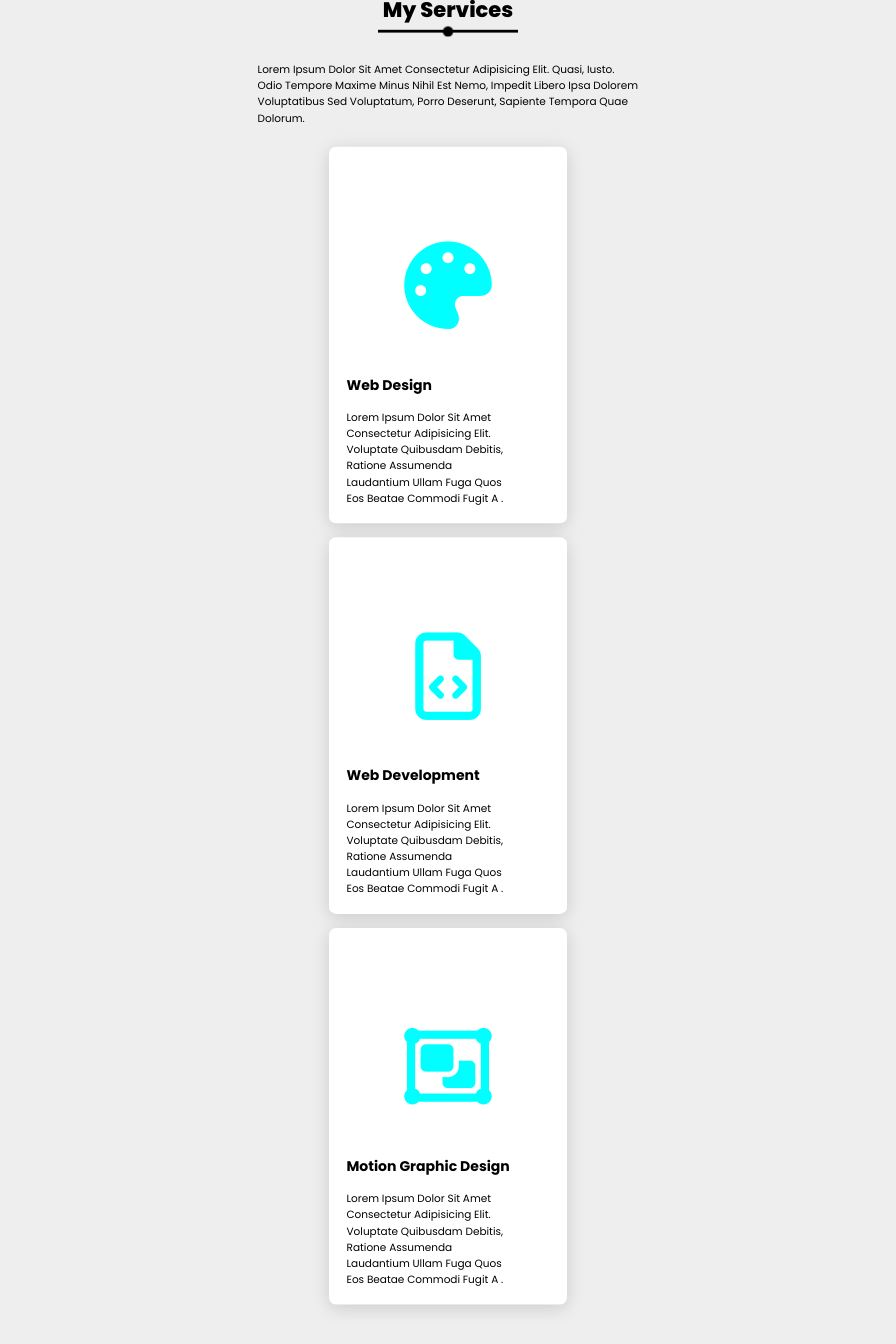
Repository: Pinocoding/New
Page: index.html
An editor plug-in stored every save of this project. The page is shown before and after the next save, followed by the edit.
The browser window is 1280 px wide. The pictures show the part of the page from y = 2552 to 4472 px (the page is 4475 px tall), at 70% of full size.
Backgrounds fixed to the window are drawn as part of the page.

Above is the page before, as saved 2021-10-13 23:24:38.

### index.html
<!DOCTYPE html>
<html lang="en">
<head>
  <meta charset="UTF-8">
  <meta http-equiv="X-UA-Compatible" content="IE=edge">
  <meta name="viewport" content="width=device-width, initial-scale=1.0">
  <title>Document</title>
  <link rel="stylesheet" href="style.css">
  <link rel="stylesheet" href="https://cdnjs.cloudflare.com/ajax/libs/font-awesome/6.0.0-beta2/css/all.min.css" integrity="sha512-YWzhKL2whUzgiheMoBFwW8CKV4qpHQAEuvilg9FAn5VJUDwKZZxkJNuGM4XkWuk94WCrrwslk8yWNGmY1EduTA==" crossorigin="anonymous" referrerpolicy="no-referrer" />


</head>
<body>
  <!-- header -->
  <header>
    <a href="#main" class="brand">Pino</a>
    <div class="navigation">
        <a href="#main">home</a>
        <a href="#about">About</a>
        <a href="#skills">Skills</a>
        <a href="#services">Services</a>
        <a href="#contact">Contact</a>
    </div>
  </header>
  <!--  -->
  <!-- section main  -->
  <section class="main">
    <div class="layout"></div>
    <div class="content">
    <h2>hello, I'm<br><span>Pino-code</span></h2>
    <div class="animated-text">
      <h3>FE developer</h3>
      <h3>Best Yasuo TT 7</h3>
      <h3>Best NoVo CS GO</h3>
    </div>
    <a href="#about" class="btn">see my work</a>
    <div class="media-icon">
      <a href="#"><i class="fab fa-facebook-square"></i></a>
      <a href="#"><i class="fab fa-instagram-square"></i></a>
      <a href="#"><i class="fab fa-twitter-square"></i></a>
      <a href="#"><i class="fab fa-youtube-square"></i></a>
    </div>
  </div>

  </section>
  <!--  -->
  <!-- section about -->
  <section class="about" id="about">
    <!-- title -->
    <div class="title">
      <h2 class="section-title">
        about me
      </h2>
    </div>
    <!--  -->
    <!-- content -->
    <div class="content">
      <div class="column col-left">
        <div class="img-card">
          <img src="/img/002.jpg" alt="">
        </div>
      </div>
      <div class="column col-right">
        <h2 class="content-title">Hey there! i'm pino-code</h2>
        <p>Lorem ipsum dolor sit amet, consectetur adipisicing elit. Necessitatibus ullam sequi nihil eum magni ut nesciunt architecto assumenda dignissimos velit. Impedit est quia deserunt, iusto eius nostrum tenetur illum cumque?
          Lorem ipsum dolor sit amet, consectetur adipisicing elit. Necessitatibus ullam sequi nihil eum magni ut nesciunt architecto assumenda dignissimos velit. Impedit est quia deserunt, iusto eius nostrum tenetur illum cumque?
          <br>
          <br>
          Lorem ipsum dolor sit amet, consectetur adipisicing elit. Necessitatibus ullam sequi nihil eum magni ut nesciunt architecto assumenda dignissimos velit. Impedit est quia deserunt, iusto eius nostrum tenetur illum cumque?
        </p>
        <a href="#about" class="btn">See more</a>
      </div>
    </div>
      <!--  -->


    </section>
    <!--  -->
    <!-- section skills -->
    <section class="skills" id="skills">
      <div class="title">
        <h2 class="section-title">
          my skills
        </h2>
      </div>
      <div class="content">
        <div class="column col-left">
          <h2 class="content-title">
            my skills and experiences</h2>
            <p>Lorem ipsum dolor sit amet, consectetur adipisicing elit. Ut amet doloremque ratione quam quos dolores nesciunt nam eaque esse cum obcaecati voluptas unde, magnam mollitia ducimus libero! Ducimus, fugiat recusandae.<br>
            Lorem ipsum dolor sit amet consectetur, adipisicing elit. Voluptas quia expedita omnis perspiciatis, similique voluptates doloribus error odio vitae voluptatem pariatur repellat reiciendis laudantium, autem minus ad placeat facere accusantium?</be></p>
            <a href="#" class="btn">see more</a>
        </div>

      <div class="column col-right">
        <div class="bar">
          <div class="infor">
            <span>html</span>
            <span>50%</span>
          </div>
          <div class="line html"></div>
        </div>
        <div class="bar">
          <div class="infor">
            <span>css</span>
            <span>70%</span>
          </div>
          <div class="line css"></div>
        </div>
        <div class="bar">
          <div class="infor">
            <span>javascript</span>
            <span>20%</span>
          </div>
          <div class="line javascript"></div>
        </div>
        <div class="bar">
          <div class="infor">
            <span>jquery</span>
            <span>20%</span>
          </div>
          <div class="line jquery"></div>
        </div>
      </div>

      </div>
    </section>
    <!--  -->
    <!-- section services -->
<section class="services" id="services">
  <div class="title">
    <h2 class="section-title">
      my services
    </h2>
    <p>Lorem ipsum dolor sit amet consectetur adipisicing elit. Quasi, iusto. Odio tempore maxime minus nihil est nemo, impedit libero ipsa dolorem voluptatibus sed voluptatum, porro deserunt, sapiente tempora quae dolorum.</p>

  <div class="content">
    <div class="card">
      <div class="service-icon">
        <i class='fas fa-palette'></i>
      </div>
      <div class="infor">
        <h3>web design</h3>
        <p>Lorem ipsum dolor sit amet consectetur adipisicing elit. Voluptate quibusdam debitis, ratione assumenda laudantium ullam fuga quos eos beatae commodi fugit a .</p>
      </div>

    </div>
    <div class="card">
      <div class="service-icon">
        <i class='far fa-file-code'></i>
      </div>
      <div class="infor">
        <h3>web development</h3>
        <p>Lorem ipsum dolor sit amet consectetur adipisicing elit. Voluptate quibusdam debitis, ratione assumenda laudantium ullam fuga quos eos beatae commodi fugit a . </p>
      </div>

    </div>
    <div class="card">
      <div class="service-icon">
        <i class='far fa-object-group'></i>
      </div>
      <div class="infor">
        <h3>motion graphic design</h3>
        <p>Lorem ipsum dolor sit amet consectetur adipisicing elit. Voluptate quibusdam debitis, ratione assumenda laudantium ullam fuga quos eos beatae commodi fugit a .</p>
      </div>
    </div>
    </div>
  </div>


</section>
<!--  -->

  <script
  src="https://code.jquery.com/jquery-3.6.0.js"
  integrity="sha256-H+K7U5CnXl1h5ywQfKtSj8PCmoN9aaq30gDh27Xc0jk="
  crossorigin="anonymous"></script>
  <script src="function.js"></script>
</body>
</html>

### style.css
@import url("https://fonts.googleapis.com/css2?family=Poppins:wght@300;400;500;700;800&display=swap");
* {
  font-size: 62.5%;
  font-family: "Poppins", sans-serif;
  margin: 0;
  padding: 0;
  box-sizing: border-box;
  text-transform: capitalize;
}
body {
  min-height: 110vh;
  background: #eee;
}
/* for header */
header {
  position: fixed;
  z-index: 99;
  background: rgb(0, 0, 0);
  top: 0;
  left: 0;
  width: 100%;
  padding: 2rem 5rem;
  display: flex;
  justify-content: space-between;
  align-items: center;
}
/* hover navigation */
header .navigation a:hover {
  color: aquamarine;
}
/*header sticky */
header.sticky {
  background: rgba(0, 0, 0, 0.26);
}
/*  */
header .brand {
  text-decoration: none;
  font-size: 2rem;
  color: white;
}
header .navigation a {
  font-size: 1.5rem;
  text-decoration: none;
  color: white;
  padding: 0 1rem;
}
/*  */
section {
  padding: 5rem 30rem;
}
/* for banner */
.main {
  position: relative;
  width: 100%;
  min-height: 100vh;
  display: flex;
  align-items: center;
  background: url("/img/0.jpg") no-repeat;
  background-size: cover;
  background-position: center;
  background-attachment: fixed;
  z-index: 1;
}
.main .layout {
  position: absolute;
  top: 0;
  left: 0;
  width: 100%;
  height: 100%;
  background: black;
  opacity: 0.3;
  z-index: -1;
}
.main .content {
  max-width: 100rem;
}
.main .content h2 {
  margin-bottom: 5rem;
  color: white;
  font-size: 2rem;
  font-weight: 500;
  line-height: 5rem;
}
.main .content h2 span {
  font-size: 3rem;
}

.animated-text {
  position: relative;
  height: 6rem;
  overflow: hidden;
}
.animated-text h3 {
  color: aquamarine;
  font-size: 4rem;
  font-weight: 700;
  line-height: 60px;
  letter-spacing: 1px;
}
/* animated text for h3 */
.animated-text h3:nth-child(1) {
  animation: text-move 7s infinite;
}
@keyframes text-move {
  0% {
    margin-top: 0;
  }
  25% {
    margin-top: -60px;
  }
  50% {
    margin-top: -120px;
  }
  100% {
    margin-top: 0;
  }
}
/*  */
.main .btn {
  margin-top: 10rem;
  color: white;
  background: linear-gradient(to top left, aquamarine, transparent);
  font-size: 2rem;
  font-weight: 700;
  display: inline-block;
  padding: 10px 10px;
  text-decoration: uppercase;
  text-decoration: none;
  letter-spacing: 1px;
  border-radius: 10px;
  box-shadow: -1px 5px 10px #888888;
  transition: 0.5s ease;
}
.btn:hover {
  transform: scale(1.1);
}

.media-icon {
  margin-top: 10rem;
}
.media-icon a {
  color: white;
  font-size: 5rem;
  margin-right: 1rem;
  transition-property: transform, color;
  transition: 0.2s;
}
.media-icon a:hover i {
  color: aquamarine;
  transform: translateY(-2px);
  transition: 0.2s;
}
/*  */
/* for section about  */
.title {
  width: 100%;
  display: flex;
  justify-content: center;
  align-items: center;
  flex-direction: column;
}
/* gach dưới , chấm */
.section-title {
  text-transform: capitalize;
  position: relative;
  color: black;
  font-size: 3rem;
  font-weight: 800;
  margin-bottom: 5rem;
}
.section-title:after {
  content: "";
  position: absolute;
  top: 50px;
  left: 50%;
  width: 20rem;
  height: 4px;
  transform: translateX(-50%);
  background: currentColor;
}
.section-title::before {
  content: "";
  position: absolute;
  top: 45px;
  left: 50%;
  /* padding: 2rem 2rem; */
  width: 15px;
  height: 15px;
  border-radius: 50%;
  background: black;
  /* background: #eee; */
  z-index: 99;
  transform: translate(-50%);
}

/*  */
/*  content */
.about .content {
  position: relative;
  width: 100%;
  display: flex;
  justify-content: space-between;
  margin-top: 2rem;
}
/* content > col-left */
.about .content .col-left {
  position: relative;
  width: 45%;
}
.about .content .col-left .img-card {
  position: relative;
  width: 100%;
  min-height: 45rem;
}
.about .content .col-left .img-card img {
  position: absolute;
  top: 0;
  left: 0;
  width: 100%;
  height: 100%;
  object-fit: cover;
  border-radius: 10px;
}
/* content > col-right */
.about .content .col-right {
  width: 50%;
  position: relative;
}
.content-title {
  font-size: 3rem;
  margin-bottom: 2rem;
}
.about .content .col-right p {
  font-size: 1.5rem;
}
.column .btn {
  margin-top: 9rem;
  color: black;
  background: linear-gradient(to top left, aquamarine, transparent);
  font-size: 2rem;
  font-weight: 700;
  display: inline-block;
  padding: 15px 20px;
  text-decoration: uppercase;
  text-decoration: none;
  letter-spacing: 1px;
  border-radius: 10px;
  box-shadow: -1px 5px 10px #888888;
  transition: 0.5s ease;
}
.btn:hover {
  transform: scale(1.1);
}
/*  */
/* skills */
.skills {
  background: black;
}
.skills .section-title {
  color: white;
}

.skills .section-title::before {
  background: currentColor;
}
.skills .content {
  position: relative;
  width: 100%;
  display: flex;
  justify-content: space-between;
  color: white;
  margin-top: 2rem;
}
/* skills => col-left */
.skills .content .col-left {
  position: relative;
  width: 46%;
}
/*  */
/* skills => col-right */
.skills .content .col-right {
  position: relative;
  width: 46%;
}
.skills .content .col-right .bar {
  margin-bottom: 15px;
  padding: 10px;
}
.skills .content .col-right .bar .infor {
  display: flex;
  align-items: center;
  justify-content: space-between;
  margin-bottom: 2rem;
}

.skills .content .col-right .bar .infor span {
  font-size: 2rem;
}
/* thanh % */
.skills .content .col-right .bar .line {
  position: relative;
  width: 100%;
  height: 15px;
  border-radius: 5px;
  background: white;
}
.skills .content .col-right .bar .line::before {
  content: "";
  position: absolute;
  top: 0;
  left: 0;

  height: 100%;
  /* background-color: rgb(42, 40, 136); */
  border-radius: 5px;
}
.skills .content .col-right .bar .html::before {
  width: 50%;
  background: #e45126;
}
.skills .content .col-right .bar .css::before {
  width: 70%;
  background-color: chartreuse;
}
.skills .content .col-right .bar .javascript::before {
  width: 20%;
  background-color: rgb(0, 60, 255);
}
.skills .content .col-right .bar .jquery::before {
  width: 20%;
  background-color: rgb(0, 38, 255);
}

/*  */
.skills p {
  font-size: 1.5rem;
  line-height: 3rem;
  letter-spacing: 1.2px;
}
.skills .content .btn {
  margin-top: 2rem;
  color: white;

  background: linear-gradient(to top left, aquamarine, transparent);
  font-size: 2rem;
  font-weight: 700;
  display: inline-block;
  padding: 15px 20px;
  text-decoration: uppercase;

  letter-spacing: 1px;
  border-radius: 10px;

  transition: 0.5s ease;
}
.btn:hover {
  transform: scale(1.1);
}
/*  */
/* for services */
.services .content {
  display: flex;
  justify-content: center;
  flex-wrap: wrap;
  flex-direction: row;
  margin-top: 20px;
}
.title p {
  font-size: 1.5rem;
  width: 80%;
}
.title h3 {
  font-size: 2rem;
  margin-bottom: 2rem;
}
.services .content .card {
  background-color: white;
  width: 34rem;
  margin: 10px;
  padding: 25px;
  justify-content: center;
  align-items: center;
  flex-direction: column;
  box-shadow: 0 5px 25px rgba(1 1 1 /15%);
  border-radius: 10px;
}
.services .content .card .service-icon {
  color: aqua;
  font-size: 20rem;
  text-align: center;
}
/*  */

### function.js
// js for navication bar on scroll
window.addEventListener("scroll", function () {
  const header = document.querySelector("header");
  header.classList.toggle("sticky", window.scrollY > 0);
});

After the next save:
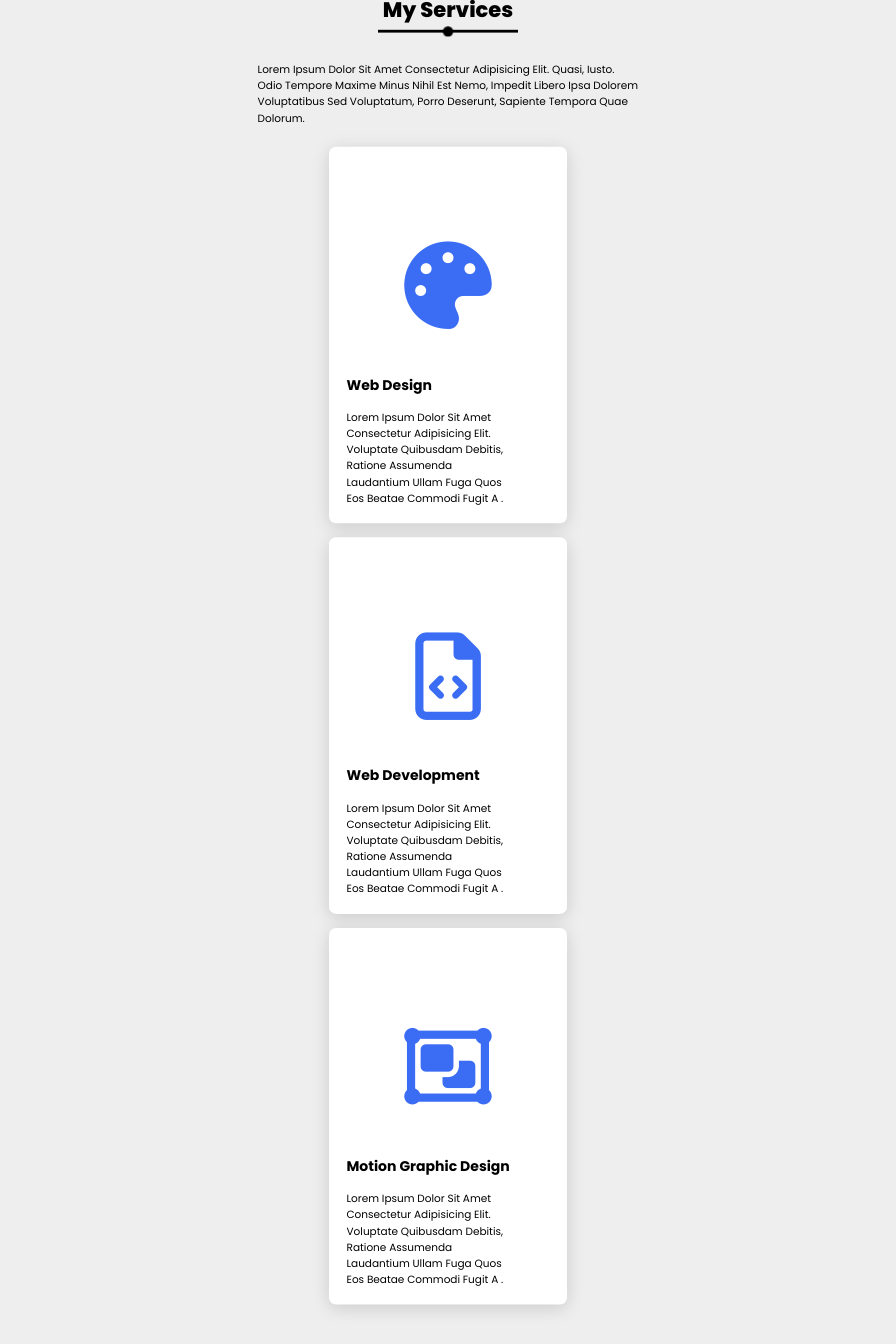
Saved 18 s later.
--- a/style.css
+++ b/style.css
@@ -385,7 +385,7 @@ section {
   border-radius: 10px;
 }
 .services .content .card .service-icon {
-  color: aqua;
+  color: #3a6cf4;
   font-size: 20rem;
   text-align: center;
 }
